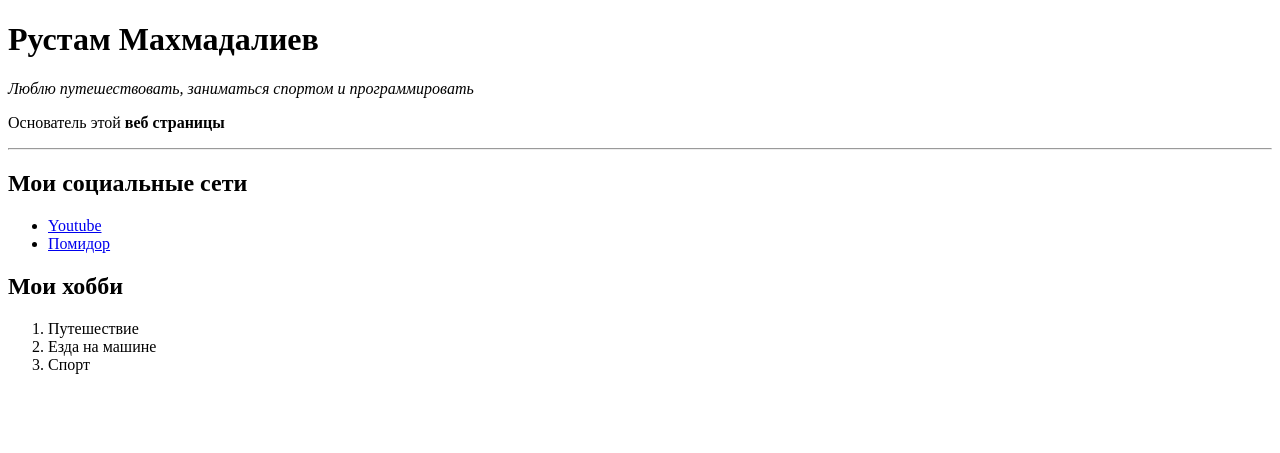
Repository: RustamMakh/html
Page: index.html
These files come from the project's save history. The page is drawn as it stood at one moment and after the next save; the edit follows.
The browser window is 1280 px wide. The pictures show the whole page.

Above is the page before, as saved 2022-06-08 17:27:40.

After the next save:
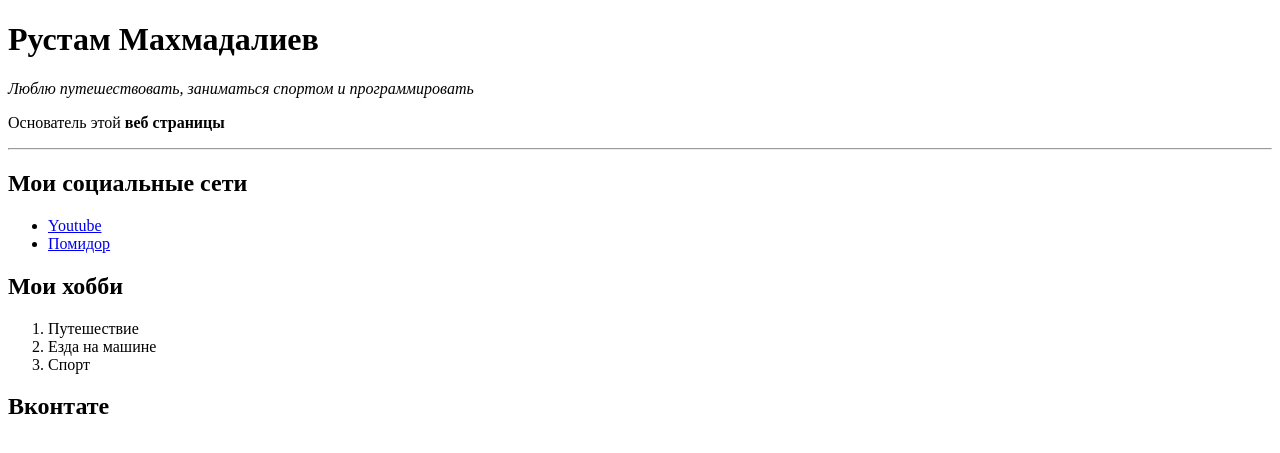
Saved 15 s later.
--- a/index.html
+++ b/index.html
@@ -23,5 +23,8 @@
       <li>Езда на машине</li>
       <li>Спорт</li>
   </ol>
+
+  <h2>Вконтате</h2>
+  <a href="Вконтакте.html"></a>
 </body>
 </html>
